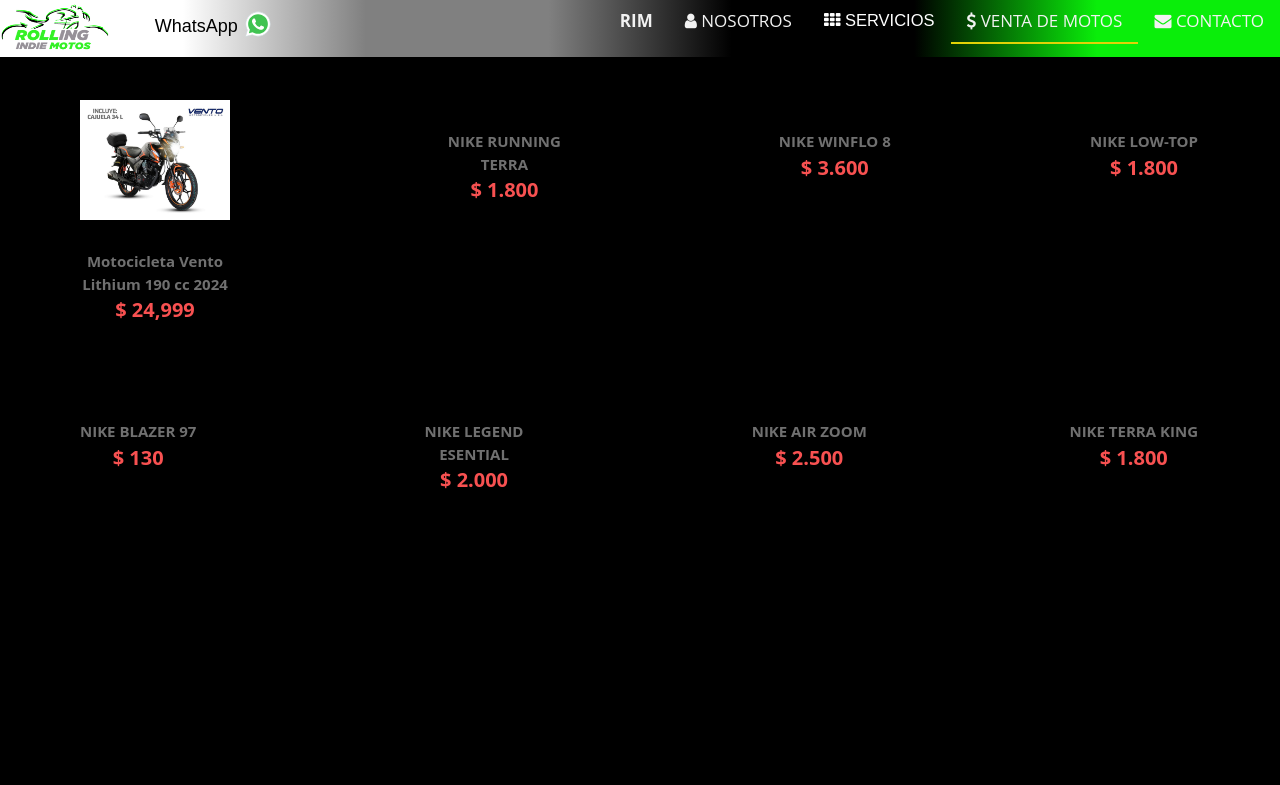
Repository: UVMCoyoacan/eq03_sitio1
Page: 4.0 venta-de-motos.html
An editor plug-in stored every save of this project. The page is shown before and after the next save, followed by the edit.
The browser window is 1280 px wide. The pictures show the part of the page from y = 0 to 785 px (the page is 1308 px tall before and 1204 px after).
A picture or video elsewhere on the page could not be fetched, so the positions and the page height are approximate.

Above is the page before, as saved 2024-04-12 13:00:14.

### 4.0 venta-de-motos.html
<!DOCTYPE html>
<html>
<head>
<title>Rolling Indie Motors/ Terminos y Condiciones</title>
<meta charset="UTF-8">
<meta name="viewport" content="width=device-width, initial-scale=1">
<link rel="stylesheet" href="https://www.w3schools.com/w3css/4/w3.css">
<link rel="stylesheet" href="https://fonts.googleapis.com/css?family=Raleway">
<link rel="stylesheet" href="https://cdnjs.cloudflare.com/ajax/libs/font-awesome/4.7.0/css/font-awesome.min.css">
<link rel="stylesheet" href="https://fonts.googleapis.com/icon?family=Material+Icons">
<link rel="stylesheet" href="Estilos/4.0 ventademotos.css">
<link href="Ims/logo.png" rel="shortcut icon">
  <!--////////////////////////////////// Mandar a llamr el css ////////////////////////////////-->
<link rel="stylesheet" href="Estilos/0.0 terminos-y-condiciones.css">

</head>
<body>

<!-----------------------------------------------CONTENIDO DE VENTA DE MOTOS --------------------------------------->
<section class="contenido">
  <div class="mostrador" id="mostrador">
      <div class="fila">
          <div class="item" onclick="cargar(this)">
              <div class="contenedor-foto">
                  <img src="Ims/ventademotos/1.avif" alt="">
              </div>
              <p class="descripcion">Motocicleta Vento Lithium 190 cc 2024</p>
              <span class="precio">$ 24,999</span>
          </div>
          <div class="item" onclick="cargar(this)">
              <div class="contenedor-foto">
                  <img src="" alt="">
              </div>
              <p class="descripcion" id>NIKE RUNNING TERRA </p>
              <span class="precio">$ 1.800</span>
          </div>
          <div class="item" onclick="cargar(this)">
              <div class="contenedor-foto">
                  <img src="" alt="">
              </div>
              <p class="descripcion">NIKE WINFLO 8
              </p>
              <span class="precio">$ 3.600</span>
          </div>
          <div class="item" onclick="cargar(this)">
              <div class="contenedor-foto">
                  <img src="" alt="">
              </div>
              <p class="descripcion">NIKE LOW-TOP</p>
              <span class="precio">$ 1.800</span>
          </div>
      </div>
      <div class="fila">
          <div class="item" onclick="cargar(this)">
              <div class="contenedor-foto">
                  <img src="" alt="">
              </div>
              <p class="descripcion">NIKE BLAZER 97</p>
              <span class="precio">$ 130</span>
          </div>
          <div class="item" onclick="cargar(this)">
              <div class="contenedor-foto">
                  <img src="" alt="">
              </div>
              <p class="descripcion">NIKE LEGEND ESENTIAL</p>
              <span class="precio">$ 2.000</span>
          </div>
          <div class="item" onclick="cargar(this)">
              <div class="contenedor-foto">
                  <img src="" alt="">
              </div>
              <p class="descripcion">NIKE AIR ZOOM</p>
              <span class="precio">$ 2.500</span>
          </div>
          <div class="item" onclick="cargar(this)">
              <div class="contenedor-foto">
                  <img src="" alt="">
              </div>
              <p class="descripcion">NIKE TERRA KING</p>
              <span class="precio">$ 1.800</span>
          </div>
      </div>
  </div>
<!----------------------------------------------CONTENEDOR DEL ITEM SELECCIONADO ------------------------------------>
  <div class="seleccion" id="seleccion">
      <div class="cerrar" onclick="cerrar()">
      </div>
      <div class="info">
          <img src="Ims/ventademotos/1.avif" alt="" id="img">
          <h2 id="modelo">Un diseño de color negro con rojo</h2>
          <p id="descripcion">Un diseño de color negro con rojo</p>
          <span class="precio" id="precio">$ 24,999</span>
          </div>
      </div>
  </div>
</section>

<!-- Navbar (sit on top) -->
<div class="w3-top">
  <div class="w3-bar w3-card navbar estil-letr" id="myNavbar">
    <img src="Ims/logo.png" class="img-logo">
    <button class="button2" onclick="redirigir()">
      WhatsApp
      <svg viewBox="0 0 48 48" y="0px" x="0px" xmlns="http://www.w3.org/2000/svg">
      <path d="M4.868,43.303l2.694-9.835C5.9,30.59,5.026,27.324,5.027,23.979C5.032,13.514,13.548,5,24.014,5c5.079,0.002,9.845,1.979,13.43,5.566c3.584,3.588,5.558,8.356,5.556,13.428c-0.004,10.465-8.522,18.98-18.986,18.98c-0.001,0,0,0,0,0h-0.008c-3.177-0.001-6.3-0.798-9.073-2.311L4.868,43.303z" fill="#fff"></path><path d="M4.868,43.803c-0.132,0-0.26-0.052-0.355-0.148c-0.125-0.127-0.174-0.312-0.127-0.483l2.639-9.636c-1.636-2.906-2.499-6.206-2.497-9.556C4.532,13.238,13.273,4.5,24.014,4.5c5.21,0.002,10.105,2.031,13.784,5.713c3.679,3.683,5.704,8.577,5.702,13.781c-0.004,10.741-8.746,19.48-19.486,19.48c-3.189-0.001-6.344-0.788-9.144-2.277l-9.875,2.589C4.953,43.798,4.911,43.803,4.868,43.803z" fill="#fff"></path><path d="M24.014,5c5.079,0.002,9.845,1.979,13.43,5.566c3.584,3.588,5.558,8.356,5.556,13.428c-0.004,10.465-8.522,18.98-18.986,18.98h-0.008c-3.177-0.001-6.3-0.798-9.073-2.311L4.868,43.303l2.694-9.835C5.9,30.59,5.026,27.324,5.027,23.979C5.032,13.514,13.548,5,24.014,5 M24.014,42.974C24.014,42.974,24.014,42.974,24.014,42.974C24.014,42.974,24.014,42.974,24.014,42.974 M24.014,42.974C24.014,42.974,24.014,42.974,24.014,42.974C24.014,42.974,24.014,42.974,24.014,42.974 M24.014,4C24.014,4,24.014,4,24.014,4C12.998,4,4.032,12.962,4.027,23.979c-0.001,3.367,0.849,6.685,2.461,9.622l-2.585,9.439c-0.094,0.345,0.002,0.713,0.254,0.967c0.19,0.192,0.447,0.297,0.711,0.297c0.085,0,0.17-0.011,0.254-0.033l9.687-2.54c2.828,1.468,5.998,2.243,9.197,2.244c11.024,0,19.99-8.963,19.995-19.98c0.002-5.339-2.075-10.359-5.848-14.135C34.378,6.083,29.357,4.002,24.014,4L24.014,4z" fill="#cfd8dc"></path><path d="M35.176,12.832c-2.98-2.982-6.941-4.625-11.157-4.626c-8.704,0-15.783,7.076-15.787,15.774c-0.001,2.981,0.833,5.883,2.413,8.396l0.376,0.597l-1.595,5.821l5.973-1.566l0.577,0.342c2.422,1.438,5.2,2.198,8.032,2.199h0.006c8.698,0,15.777-7.077,15.78-15.776C39.795,19.778,38.156,15.814,35.176,12.832z" fill="#40c351"></path><path clip-rule="evenodd" d="M19.268,16.045c-0.355-0.79-0.729-0.806-1.068-0.82c-0.277-0.012-0.593-0.011-0.909-0.011c-0.316,0-0.83,0.119-1.265,0.594c-0.435,0.475-1.661,1.622-1.661,3.956c0,2.334,1.7,4.59,1.937,4.906c0.237,0.316,3.282,5.259,8.104,7.161c4.007,1.58,4.823,1.266,5.693,1.187c0.87-0.079,2.807-1.147,3.202-2.255c0.395-1.108,0.395-2.057,0.277-2.255c-0.119-0.198-0.435-0.316-0.909-0.554s-2.807-1.385-3.242-1.543c-0.435-0.158-0.751-0.237-1.068,0.238c-0.316,0.474-1.225,1.543-1.502,1.859c-0.277,0.317-0.554,0.357-1.028,0.119c-0.474-0.238-2.002-0.738-3.815-2.354c-1.41-1.257-2.362-2.81-2.639-3.285c-0.277-0.474-0.03-0.731,0.208-0.968c0.213-0.213,0.474-0.554,0.712-0.831c0.237-0.277,0.316-0.475,0.474-0.791c0.158-0.317,0.079-0.594-0.04-0.831C20.612,19.329,19.69,16.983,19.268,16.045z" fill-rule="evenodd" fill="#fff"></path>
      </svg>
    </button>
    <!--////////////////////////////////// MENU PAG AMPLIADA ////////////////////////////////-->
    <!-- Right-sided navbar links -->
    <div class="w3-right w3-hide-small">
      <a href="1.0 pag.prin.html"
      class="w3-bar-item w3-button"><b>RIM</b></a>
      <a href="2.0 nosotros.html" class="w3-bar-item w3-button"><i class="fa fa-user"></i> NOSOTROS</a>
      <div class="w3-dropdown-hover">
        <button class="w3-button" style="color: white;font-family:sans-serif;font-size: 16.5px;"><i class="fa fa-th"></i> SERVICIOS</button>
        <div class="w3-dropdown-content w3-bar-block w3-border">
          <a href="3.0 servi-mantenimiento.html" class="w3-bar-item w3-button secc-uno"> MANTENIMIENTO</a>
          <a href="3.1 servi-scanner.html" class="w3-bar-item w3-button secc-dos"> SCANNER</a>
          <a href="3.2 servi-refacciones.html" class="w3-bar-item w3-button secc-tres"> REFACCIONES</a>
        </div>
      </div>
      <a href="4.0 venta-de-motos.html" class="w3-bar-item w3-button" style="border-bottom: 2px solid rgb(226, 211, 6)"><i class="fa fa-usd"></i> VENTA DE MOTOS</a>
      <a href="5.0 contacto.html" class="w3-bar-item w3-button"><i class="fa fa-envelope"></i> CONTACTO</a>
    </div>
  <!--////////////////////////////////// ACOPLE A PANTALLAS PEQUES ////////////////////////////////-->
    <!-- Hide right-floated links on small screens and replace them with a menu icon -->
    <a href="javascript:void(0)" class="w3-bar-item w3-button w3-right w3-hide-large w3-hide-medium"
    onclick="w3_open()">
      <i class="fa fa-bars"></i>
    </a>
  </div>
</div>
  <!--////////////////////////////////// MENU CEL ////////////////////////////////-->
<!-- Sidebar on small screens when clicking the menu icon -->
<nav class="w3-sidebar w3-bar-block w3-black w3-card w3-animate-left w3-hide-medium w3-hide-large"
style="display:none" id="mySidebar">
  <a href="javascript:void(0)" onclick="w3_close()" class="w3-bar-item w3-button w3-large w3-padding-16">Cerrar ×</a>
  <a href="1.0 pag.prin.html" onclick="w3_close()" class="w3-bar-item w3-button">RIM</a>
  <a href="2.0 nosotros.html" onclick="w3_close()" class="w3-bar-item w3-button">NOSOTROS</a>
  <div class="w3-dropdown-hover">
    <button class="w3-button" style="color: white;font-family:sans-serif;font-size: 16.5px;">SERVICIOS</button>
    <div class="w3-dropdown-content w3-bar-block w3-border">
      <a href="3.0 servi-mantenimiento.html" onclick="w3_close()" class="w3-bar-item w3-button secc-uno"> MANTENIMIENTO </a>
      <a href="3.1 servi-scanner.html" onclick="w3_close()" class="w3-bar-item w3-button secc-dos"> SCANNER</a>
      <a href="3.2 servi-refacciones.html" onclick="w3_close()" class="w3-bar-item w3-button secc-tres"> REFACCIONES</a>
    </div>
  </div>
  <a href="4.0 venta-de-motos.html" onclick="w3_close()" class="w3-bar-item w3-button" style="border-bottom: 2px solid rgb(226, 211, 6)">VENTA DE MOTOS</a>
  <a href="5.0 contacto.html" onclick="w3_close()" class="w3-bar-item w3-button">CONTACTO</a>
</nav>
<!--////////////////////////////////// INFO DE LA PAG ////////////////////////////////-->
<br><br><br>
<!-----------------------------------------------------ZONA DEL PIE DE PAGINA------------------------------------------->
<!-- Footer -->
<footer class="w3-center fondo-footer w3-padding-16">
    <br>
  <div class="w3-half">
    <img src="Ims/logo.png" class="img-footer margen-dere">
  </div>
  <p class="margen-izq">Siguenos en nuestras redes:</p>
  <div class="w3-xlarge w3-section margen-izq">
    <a href=""><i class="fa fa-facebook-official w3-hover-opacity"></i></a>
    <a href=""><i class="fa fa-instagram w3-hover-opacity"></i></a>
    <i class="fa fa-snapchat w3-hover-opacity"></i>
    <i class="fa fa-pinterest-p w3-hover-opacity"></i>
    <i class="fa fa-twitter w3-hover-opacity"></i>
    <i class="fa fa-linkedin w3-hover-opacity"></i>
    <img src="Ims/" alt="">
  </div>
  <p>Diseñada por <a href="mailto:zeus_ab@outlook.com" title="W3.CSS" target="_blank" class="w3-hover-text-green">Equipo 3</a></p>
  <ul>
    <a href="0.1 aviso-de-privacidad.html">Aviso de Privacidad</a>
    |
    <a href="0.0 terminos-y-condiciones.html">Terminos y Condiciones</a>
    |
    <a href="mailto:rindiemotos@gmail.com">Correo Electronico</a>
  </ul>
  <p>© 2024 Rolling Motors | Todos los derechos reservados | Ciencias 67, Escandón I Secc, Miguel Hidalgo, 11800 Ciudad de México, CDMX</p>

</footer>

<script src="js/4.0 ventademotos.js"></script>
<script src="js/0.0 terminos-y-condiciones.js"></script>
</body>
</html>

### Estilos/4.0 ventademotos.css
*{
    margin: 0;
    padding: 0;
    box-sizing: border-box;
    font-family: 'Open Sans';
}
.contenido{
    max-width: 1200px;
    width: 100%;
    margin: 40px auto;
    display: flex;
}
.mostrador{
    width: 100%;
    transition: .5s ease;
}
.mostrador .fila{
    width: 100%;
    display: flex;
    justify-content: space-between;
    margin-bottom: 40px;
}

.mostrador .fila .item{
    max-width: 210px;
    padding: 30px;
    height: 250px;
    /*border: 2px solid red;*/
    text-align: center;
    margin: 0 10px;
    cursor: pointer;
    border-radius: 5px;
    transition: .3s;
}
.mostrador .fila .item:hover{
    background-color: #e6e6e6;
}
.mostrador .fila .item img{
    width: 100%;
    margin: 30px 0;
}
.mostrador .fila .item .descripcion{
    color: #707070;
    font-weight: bold;
}
.mostrador .fila .item .precio{
    color: #f85151;
    font-weight: bold;
    font-size: 20px;
}
.seleccion{
    transition: .5s ease;
    opacity: 0;
    width: 0%;
    border: 1px solid #ccc;
    position: relative;
    display: flex;
    flex-direction: column;
    justify-content: center;
    overflow: hidden;
}
.cerrar{
    position: absolute;
    right: 0;
    top: 20px;
    right: 20px;
    cursor: pointer;
}

.info{
    padding: 20px;
}
.info img{
    display: block;
    margin: 30px auto;
    width: 80%;
}
.info h2{
    color: #707070;
    margin-bottom: 10px;
}
.info p{
    font-size: 14px;
    color: #707070;
    margin-bottom: 10px;
}
.info .precio{
    font-size: 30px;
    font-weight: bold;
    color: #f85151;
    margin-bottom: 10px;
    display: block;
}
.info .fila{
    display: flex;
    align-items: flex-end;
}
.info .fila label{
    display: block;
    margin-bottom: 10px;
}
.info .fila select{
    width: 100px;
    font-size: 18px;
    padding: 6px;
    margin-right: 30px;
}
.info .fila button{
    height: 40px;
    border: none;
    padding: 0 10px;
    color: #fff;
    background-color: #f85151;
}

### Estilos/0.0 terminos-y-condiciones.css
/*/////////////////////////////   cuerpo de la pag   /////////////////////////////////////*/
body{
    background-color: black;
  }
  /*/////////////////////////////   imagen del logo      /////////////////////////////////////*/
  .img-logo{
      width: 110px !important;
      height: 50px !important;
  }
  .fondo-img{
    background-color:white;
  }
  /*////////////////////////////   Zona del menu       ////////////////////////////////////////////////*/
  .navbar {
      overflow: hidden;
      background: linear-gradient(to right,white,white,grey,grey,black,black,#0aee0a,#0aee0a) !important;
      top: 0%;
      height: 57px;
      width: 100%;

    }

    .navbar a {
      float: right;
      display: block;
      color: #f2f2f2;
      text-align: center;
      padding: 14px 16px;
      text-decoration: none;
      font-size: 17px;
    }

    .navbar a:hover {
      background: #000000;
      color: rgb(255, 255, 255) ;
    }

    .secc-uno{
      color: rgb(1, 255, 1) !important;
    }
    .secc-dos{
      background-color: rgb(1, 255, 1);
      color: black !important;
    }
    .secc-tres{
      background-color: black;
      color: white !important;
    }
    /*///////////////////////////////////////    Estilo de letra y tamaño     ////////*/
    .estil-letr{
      font-family:sans-serif;
    }
    .tam-let{
      font-size: 15px !important;
    }
  /*///////////////////////////////////////    boton whats app ////////*/
  .button2 {
    height: 50px;
    display: inline-block;
    transition: all 0.2s ease-in;
    position: relative;
    overflow: hidden;
    z-index: 1;
    color: black;
    padding: 0.7em 3.3em 0.7em 1.7em;
    font-size: 18px;
    border-radius: 0.5em;
    background:transparent;
    margin-left: 10px;
    border: none #e8e8e8;
    box-shadow: 6px 6px 12px transparent,
               -6px -6px 12px transparent;
  }

  .button2 > svg {
    height: 30px;
    position: absolute;
    padding: 0px 5px;
    margin-top: -4px;
  }

  .button2:active {
    color: #666;
    box-shadow: inset 4px 4px 12px #c5c5c5,
               inset -4px -4px 12px #ffffff;
  }

  .button2:before {
    content: "";
    position: absolute;
    left: 50%;
    transform: translateX(-50%) scaleY(1) scaleX(1.25);
    top: 100%;
    width: 140%;
    height: 180%;
    background-color: rgba(0, 0, 0, 0.05);
    border-radius: 50%;
    display: block;
    transition: all 0.5s 0.1s cubic-bezier(0.55, 0, 0.1, 1);
    z-index: -1;
  }

  .button2:after {
    content: "";
    position: absolute;
    left: 55%;
    transform: translateX(-50%) scaleY(1) scaleX(1.45);
    top: 180%;
    width: 160%;
    height: 190%;
    background-color: #009087;
    border-radius: 50%;
    display: block;
    transition: all 0.5s 0.1s cubic-bezier(0.55, 0, 0.1, 1);
    z-index: -1;
  }

  .button2:hover {
    color: #ffffff;
    border: 1px solid #009087;
  }

  .button2:hover:before {
    top: -35%;
    background-color: #009087;
    transform: translateX(-50%) scaleY(1.3) scaleX(0.8);
  }

  .button2:hover:after {
    top: -45%;
    background-color: #009087;
    transform: translateX(-50%) scaleY(1.3) scaleX(0.8);
  }
  /*/////////////////////////////////////////   Edicion de servicios        ///////////////////////////////////////////*/
  .carta{

    background-color: white;
    border: 1px solid white;
    box-shadow: 6px 6px 25px #09ff00de;
    font-family:'Times New Roman', Times, serif;
    font-size: 18px;
  }

  /*/////////////////////////////////////////   Edicion de cartas        ///////////////////////////////////////////*/
  .trab{
    font-size: 45px;
    text-align: center;
    font-family:Georgia, 'Times New Roman', Times, serif;
  }
  .fond{
    background-color: white;
  }

  /*////////////////////////////////////////////////BOTON DE REPARAR/////////////////////////////*/
  .button-rep {
    --green: #1BFD9C;
    font-size: 15px;
    padding: 0.7em 2.7em;
    letter-spacing: 0.06em;
    position: relative;
    font-family: inherit;
    border-radius: 0.6em;
    overflow: hidden;
    transition: all 0.3s;
    line-height: 1.4em;
    border: 2px solid var(--green);
    background: linear-gradient(to right, rgba(27, 253, 156, 0.1) 1%, transparent 40%,transparent 60% , rgba(27, 253, 156, 0.1) 100%);
    color: var(--green);
    box-shadow: inset 0 0 10px rgba(27, 253, 156, 0.4), 0 0 9px 3px rgba(27, 253, 156, 0.1);
  }
  .quit-lin{
    text-decoration: none !important;
    font-size: 18px;
    font-family:'Times New Roman', Times, serif;
  }
  .button-rep:hover {
    color: #ffffff;
    box-shadow: inset 0 0 10px rgba(27, 253, 156, 0.6), 0 0 9px 3px rgba(27, 253, 156, 0.2);
  }

  .button-rep:before {
    content: "";
    position: absolute;
    left: -4em;
    width: 4em;
    height: 100%;
    top: 0;
    transition: transform .4s ease-in-out;
    background: linear-gradient(to right, transparent 1%, rgba(27, 253, 156, 0.1) 40%,rgba(27, 253, 156, 0.1) 60% , transparent 100%);
  }

  .button-rep:hover:before {
    transform: translateX(15em);
  }
/*********************************************ZONA DEL FOOTER*********************************************/
  .img-footer{
    width: 140px;
    height: 70px;
  }
  .fondo-footer{
    background-color: rgb(17, 17, 17);
  }
  footer{
    color:  rgba(73, 255, 1, 0.747);
  }
  .margen-dere{
    margin-right: 400px;
  }
  .banner{
    width: auto;
    height: 200px;
  }
  body{
    color: white;
  }

/**************************************BOTON DE DESCARGAR******************************************/
.botao {
  width: 125px;
  height: 45px;
  border-radius: 20px;
  border: none;
  box-shadow: 1px 1px rgba(116, 214, 3, 0.37);
  padding: 5px 10px;
  background: rgb(105, 231, 2);
  background: linear-gradient(160deg, rgb(124, 126, 123) 0%, rgb(128, 128, 128) 5%, rgb(128, 128, 128) 19%, rgb(78, 241, 2) 57%, rgb(2, 2, 2) 71%);
  color: white;
  font-family: Roboto, sans-serif;
  font-weight: 505;
  font-size: 16px;
  line-height: 1;
  cursor: pointer;
  filter: drop-shadow(0 0 10px rgba(112, 243, 4, 0.568));
  transition: .5s linear;
}

.botao .mysvg {
  display: none;
}

.botao:hover {
  width: 50px;
  height: 50px;
  border-radius: 50%;
  transition: .5s linear;
}

.botao:hover .texto {
  display: none;
}

.botao:hover .mysvg {
  display: inline;
}

.botao:hover::before {
  content: '';
  position: absolute;
  top: -3px;
  left: -3px;
  width: 100%;
  height: 100%;
  border: 3.5px solid transparent;
  border-top: 3.5px solid gold;
  border-right: 3.5px solid gold;
  border-radius: 50%;
  animation: animateC 2s linear infinite;
}

@keyframes animateC {
  0% {
    transform: rotate(0deg);
  }

  100% {
    transform: rotate(360deg);
  }
}

### js/4.0 ventademotos.js
let mostrador = document.getElementById("mostrador");
let seleccion = document.getElementById("seleccion");
let imgSeleccionada = document.getElementById("img");
let modeloSeleccionado = document.getElementById("modelo");
let descripSeleccionada = document.getElementById("descripcion");
let precioSeleccionado = document.getElementById("precio");

function cargar(item){
    quitarBordes();
    mostrador.style.width = "60%";
    seleccion.style.width = "40%";
    seleccion.style.opacity = "1";
    item.style.border = "2px solid red";

    imgSeleccionada.src = item.getElementsByTagName("img")[0].src;

    modeloSeleccionado.innerHTML =  item.getElementsByTagName("p")[0].innerHTML;

    descripSeleccionada.innerHTML = "Descripción del modelo ";

    precioSeleccionado.innerHTML =  item.getElementsByTagName("span")[0].innerHTML;


}
function cerrar(){
    mostrador.style.width = "100%";
    seleccion.style.width = "0%";
    seleccion.style.opacity = "0";
    quitarBordes();
}
function quitarBordes(){
    var items = document.getElementsByClassName("item");
    for(i=0;i <items.length; i++){
        items[i].style.border = "none";
    }
}

### js/0.0 terminos-y-condiciones.js
// DESCARGAR AVISO DE PRIVACIDAD
function descargarterminosycondiciones() {
    // Redirige al usuario a 'pagina-destino.html'
    window.location.href = 'Docs/prueba.pdf';
  }

function descargarterminosycondiciones() {
    // Abre 'pagina-destino.html' en una nueva pestaña
    window.open('Docs/prueba.pdf', '_blank');
}


// Toggle between showing and hiding the sidebar when clicking the menu icon
var mySidebar = document.getElementById("mySidebar");

function w3_open() {
  if (mySidebar.style.display === 'block') {
    mySidebar.style.display = 'none';
  } else {
    mySidebar.style.display = 'block';
  }
}

// Close the sidebar with the close button
function w3_close() {
    mySidebar.style.display = "none";
}
// REDIRIGIR A NUMERO DE WHATS APP
function redirigir() {
  // Redirigir a la página deseada
  window.location.href = 'https://wa.me/5513045263';
}

After the next save:
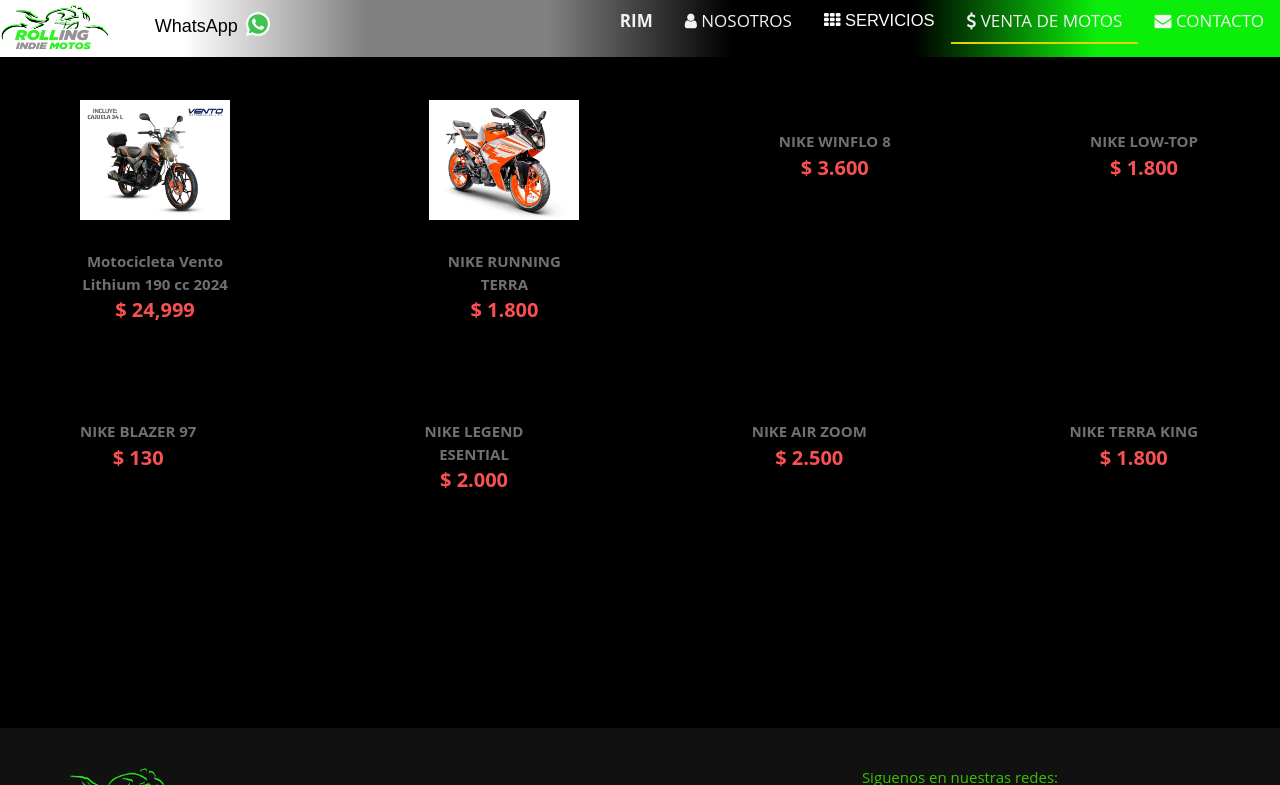
Saved 13 min 1 s later.
--- a/4.0 venta-de-motos.html
+++ b/4.0 venta-de-motos.html
@@ -29,7 +29,7 @@
           </div>
           <div class="item" onclick="cargar(this)">
               <div class="contenedor-foto">
-                  <img src="" alt="">
+                  <img src="Ims/ventademotos/2.avif" alt="">
               </div>
               <p class="descripcion" id>NIKE RUNNING TERRA </p>
               <span class="precio">$ 1.800</span>
@@ -87,7 +87,7 @@
       </div>
       <div class="info">
           <img src="Ims/ventademotos/1.avif" alt="" id="img">
-          <h2 id="modelo">Un diseño de color negro con rojo</h2>
+          <h2 id="modelo"></h2>
           <p id="descripcion">Un diseño de color negro con rojo</p>
           <span class="precio" id="precio">$ 24,999</span>
           </div>
